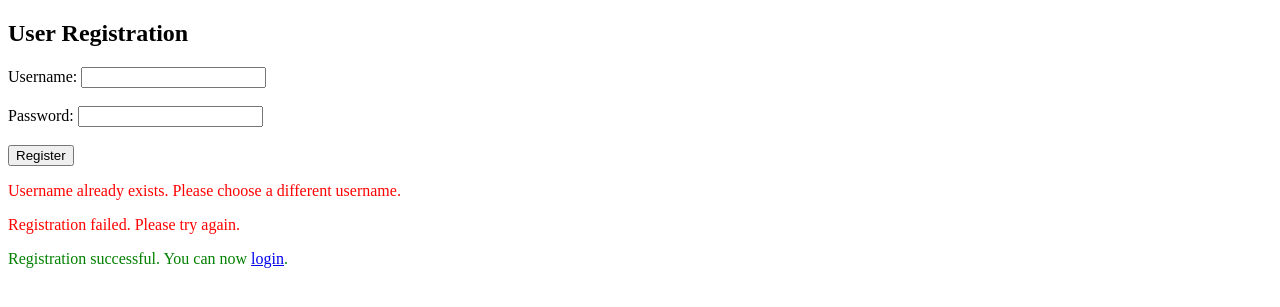
Repository: ABKADRI-AMINE/JAVA-EE
Page: http://localhost/todotp/register.jsp
These files come from the project's save history. The page is drawn as it stood at one moment and after the next save; the edit follows.
The browser window is 1280 px wide. The pictures show the whole page.
The page is served by Tomcat 9.

Above is the page before, as saved 2023-09-26 10:36:01.

After the next save:
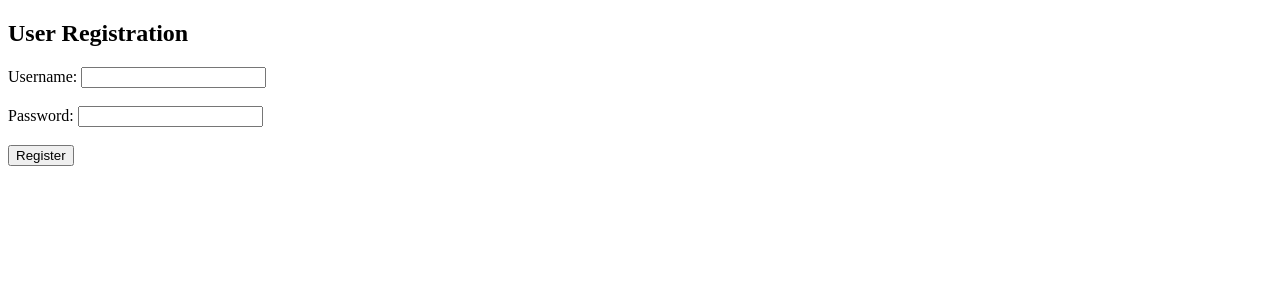
Saved 100 s later.
--- a/todotp/src/main/webapp/register.jsp
+++ b/todotp/src/main/webapp/register.jsp
@@ -16,15 +16,6 @@
         <input type="submit" value="Register">
     </form>
 
-    <!-- Display error or success messages here if needed -->
-    <c:if test="${param.error == 'exists'}">
-        <p style="color: red;">Username already exists. Please choose a different username.</p>
-    </c:if>
-    <c:if test="${param.error == 'failed'}">
-        <p style="color: red;">Registration failed. Please try again.</p>
-    </c:if>
-    <c:if test="${param.success == 'true'}">
-        <p style="color: green;">Registration successful. You can now <a href="login.jsp">login</a>.</p>
-    </c:if>
+
 </body>
 </html>
